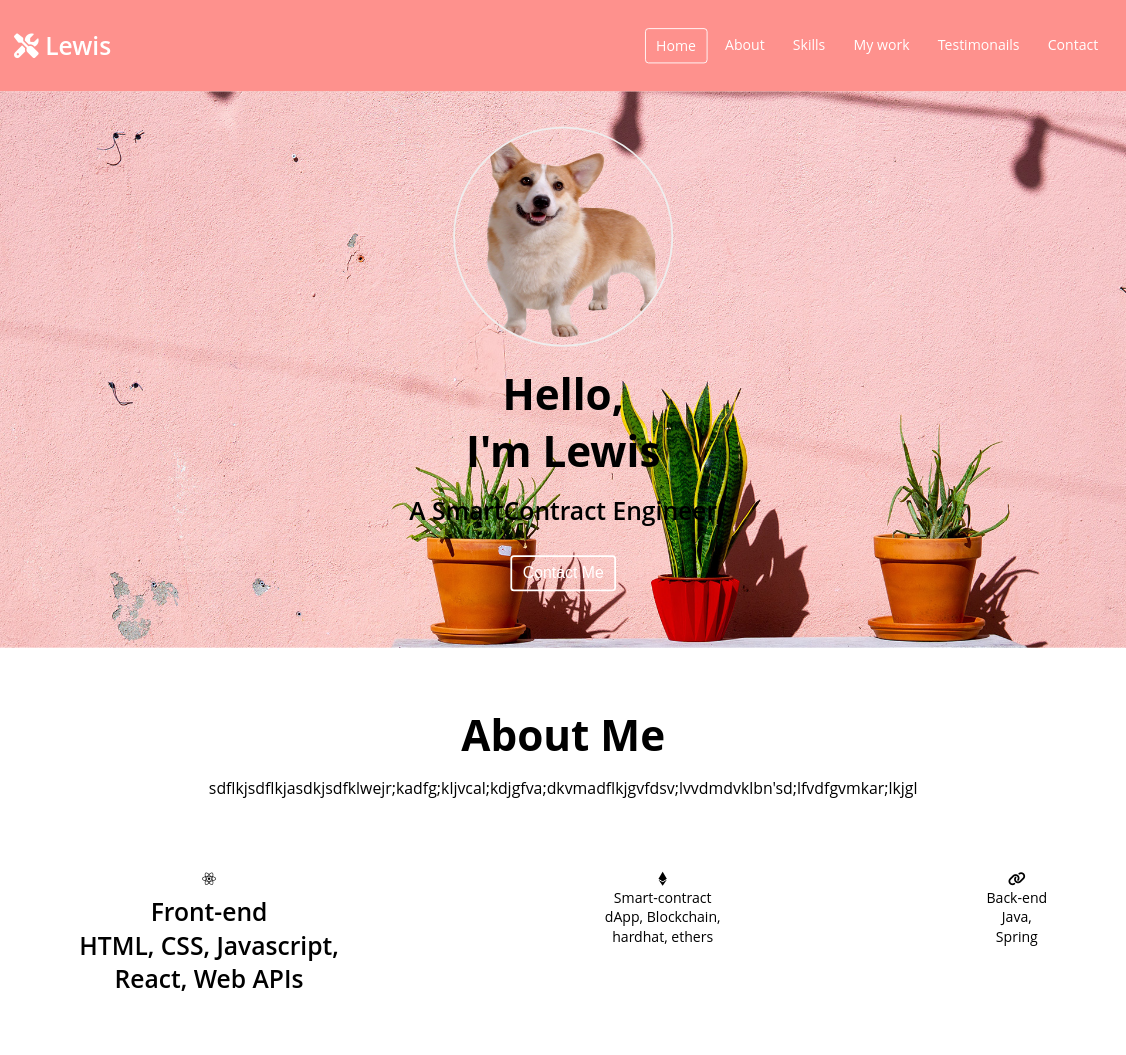
Repository: woojinShim/woojinShim.github.io
Page: index.html
The author's editor kept a copy of each file at every save. The page is drawn from the files as they stood at one save, then again after the next save.
The browser window is 1280 px wide. The pictures show the part of the page from y = 0 to 1199 px (the page is 7194 px tall), at 88% of full size.
A picture or video elsewhere on the page could not be fetched, so the positions and the page height are approximate. Some web libraries are served in a nearby version.

Above is the page before, as saved 2022-03-08 19:04:48.

### index.html
<!DOCTYPE html>
<html lang="en">
<head>
    <meta charset="UTF-8">
    <meta http-equiv="X-UA-Compatible" content="IE=edge">
    <meta name="viewport" content="width=device-width, initial-scale=1.0">
    <title>Document</title>
    <script
      src="https://kit.fontawesome.com/9eb162ac0d.js"
      crossorigin="anonymous"
    ></script>
    <style>
        @import url('https://fonts.googleapis.com/css2?family=Noto+Sans+KR:wght@100;400;700&display=swap');
        </style>
    <link rel="icon" type="image/png" href="img/favicon.png" />
    <link rel="stylesheet" href="style.css">
    <script scr="main.js"></script>
</head>
<body>
    <!-- Navbar -->
    <nav id="navbar">
        <div class="navbar__logo">
            <i class="fas fa-tools"></i>
            <a href="#">Lewis</a>
        </div>
        <ul class="navbar__menu">
            <li class="navbar__menu__item active">Home</li>
            <li class="navbar__menu__item">About</li>
            <li class="navbar__menu__item">Skills</li>
            <li class="navbar__menu__item">My work</li>
            <li class="navbar__menu__item">Testimonails</li>
            <li class="navbar__menu__item">Contact</li>
        </ul>
    </nav>
    <!-- Home -->
    <section id="home">
        <img src="img/puppy.png" alt="Lewis's photo" class="home__avator">
        <h1 class="home__title">Hello, <br/>I'm Lewis</h1>
        <h2 class="home__descrition">A SmartContract Engineer</h2>
        <button class="home__contact">Contact Me</button>
    </section>
    <!-- About -->
    <section id="about" class="section">
        <h1>About Me</h1>
        <p>sdflkjsdflkjasdkjsdfklwejr;kadfg;kljvcal;kdjgfva;dkvmadflkjgvfdsv;lvvdmdvklbn'sd;lfvdfgvmkar;lkjgl</p>
        <div class="about__majors">
            <div class="major">
                <div class="major__icon"><i class="fab fa-react"></i></div>
                <h2 class="major__title">Front-end</>
                <div class="major__description">HTML, CSS, Javascript,
                    <br /> React, Web APIs
                </div>
            </div>
            <div class="major">
                <div class="major__icon"><i class="fab fa-ethereum"></i></div>
                <div class="major__title">Smart-contract</div>
                <div class="major__description">dApp, Blockchain,
                    <br /> hardhat, ethers
                </div>
            </div>
            <div class="major">
                <div class="major__icon"><i class="fas fa-link"></i></i></div>
                <div class="major__title">Back-end</div>
                <div class="major__description">Java,
                    <br /> Spring
                </div>
            </div>
        </div>





        <div class="about__jobs">
            <div class="job">
                <img src="img/puupy.png" alt="puupy">
            </div>
            <div class="job"></div>
        </div>
    </section>
    <!-- Skills -->
    <section id="skills" class="section">
        <h1>Skills</h1>
        <h2>skills $ Attribute</h2>
        <p>
            sdjsfdldsfjsdffvmslkjdfgksjdsdsdvkkfghalkvsdlaskkjrsdjlkdskflksjdlja
            sdfkdfvlskvglkkcjkdjckwebkosdkvlkwekelkfsdjlkldfkskdfg
            sdlkbdflnsldkfgkfsdfkdksvj
        </p>
        <div class="skillset">
            <div class="skillset__left">
                <h3 class="skillset__title">Skills</h3>
                <div class="skills">
                    <div class="skill_description">
                        <span>HTML</span>
                        <span>99%</span>
                    </div>
                    <div class="skill_description">
                        <span>CSS</span>
                        <span>90%</span>
                    </div>
                    <div class="skill_description">
                        <span>JavaScript</span>
                        <span>94%</span>
                    </div>
                    <div class="skill_description">
                        <span>Solidity</span>
                        <span>93%</span>
                    </div>
                    <div class="skill_description">
                        <span>Java</span>
                        <span>90%</span>
                    </div>

                </div>
            </div>
            <div class="skillset__right">
                <div class="tools">
                    <h3 class="skillset__title">Tools</h3>
                    <ul class="tools__list">
                        <li class="span">Visual Studio Code</li>
                        <li class="span">IntelliJ</li>
                        <li class="span">Slack</li>
                        <li class="span">Notion</li>
                        <li class="span">Photoshop</li>
                    </ul>
                </div>
                <div class="etc">
                    <h3 class="skillset__title">Etc</h3>
                    <ul class="etc__list">
                        <li><span>Git</span></li>
                        <li><span>Math</span></li>
                        <li><span>Design</span></li>
                    </ul>
                </div>
            </div>
        </div>
    </section>
    <!-- Work -->
    <section id="work" class="section">
        <h1>My Work</h1>
        <h3>Projects</h3>
        <div class="work__catagories">
            <button class="catagory__btn">All<span class="category__count">3</span></button>
            <button class="catagory__btn">Front-end<span class="category__count">6</span></button>
            <button class="catagory__btn">Back-end<span class="category__count">5</span></button>
            <button class="catagory__btn">Blockchain<span class="category__count">7</span></button>
        </div>

        <div class="work__projects">
            <a href="https://naver.com" class="project" target="blank">
                <img class="project__img" src="img/jin.png" alt="YouTube" />
                <div class="project__description">
                    <h3>Naver Site</h3>
                    <span>Clone Naver</span>
                </div>
            </a>
        </div>
        <div class="work__projects">
            <a href="https://naver.com" class="project" target="blank">
                <img class="project__img" src="img/jin.png" alt="YouTube" />
                <div class="project__description">
                    <h3>Naver Site</h3>
                    <span>Clone Naver</span>
                </div>
            </a>
        </div>
        <div class="work__projects">
            <a href="https://naver.com" class="project" target="blank">
                <img class="project__img" src="img/le.png" alt="YouTube" />
                <div class="project__description">
                    <h3>Naver Site</h3>
                    <span>Clone Naver</span>
                </div>
            </a>
        </div>
        <div class="work__projects">
            <a href="https://naver.com" class="project" target="blank">
                <img class="project__img" src="img/shim.png" alt="YouTube" />
                <div class="project__description">
                    <h3>Naver Site</h3>
                    <span>Clone Naver</span>
                </div>
            </a>
        </div>
        <div class="work__projects">
            <a href="https://naver.com" class="project" target="blank">
                <img class="project__img" src="img/yes.jfif" alt="YouTube" />
                <div class="project__description">
                    <h3>Naver Site</h3>
                    <span>Clone Naver</span>
                </div>
            </a>
        </div>
        <div class="work__projects">
            <a href="https://naver.com" class="project" target="blank">
                <img class="project__img" src="img/woo.png" alt="YouTube" />
                <div class="project__description">
                    <h3>Naver Site</h3>
                    <span>Clone Naver</span>
                </div>
            </a>
        </div>
    </section>
    <!-- testimonails -->
    <section id="testimonials" class="section">
        <h1>Testimonials</h1>
        <h3>See what they say about me</h3>
        <div class="testimonials">
            <div class="testimonial">
                <img src="img/man.jpg" alt="" class="testimonial__avator">
                <div class="testimonial__speech-bubble">
                    <p>
                        sdvkdfdfmvkdlkjtkfknsvkdnfgckvdkvkjvbdfgkkjsdkvjskjcvrngksdmcsdkck
                    </p>
                    <p class="name"><a href="">Lewis</a></p>
                </div>
            </div>
            <div class="testimonial">
                <img src="img/man.jpg" alt="" class="testimonial__avator">
                <div class="testimonial__speech-bubble">
                    <p>
                        sdvkdfdfmvkdlkjtkfknsvkdnfgckvdkvkjvbdfgkkjsdkvjskjcvrngksdmcsdkck
                    </p>
                    <p class="name"><a href="">Lewis</a></p>
                </div>
            </div>
        </div>
    </section>
    <!-- contact -->
    <section id="contact" class="section">
        <h1 class="contact__title">Let's talk</h1>
        <h2 class="contact__email">dream.coder@gmail.com</h2>
        <div class="contact__links">
            <a href="http://google.com" target="blank">
                <i class="fa-brands fa-github"></i>
            </a>
            <a href="http://google.com" target="blank">
                <i class="fa-brands fa-linkedin"></i>
            </a>
        </div>
        <p class="contact__rights">Dream coming - All Right Reserved.</p>
    </section>

</body>
</html>

### style.css
:root {
  /* Color */
  --color-white: #ffffff;
  --color-light-white: #eeeeee;
  --color-dark-white: #bdbdbd;
  --color-pink: #fe918d;
  --color-dark-pink: #ff6863;
  --color-black: #4d4d4d;
  --color-dark-grey: #4d4d4d;
  --color-grey: #616161;
  --color-light-grey: #7c7979;
  --color-blue: #73aace;
  --color-yellow: #fff7d1;
  --color-orange: #feb546;
  --color-black: #000000;

  /* Font size */
  --font-large: 48px;
  --font-medium: 28px;
  --font-regular: 18px;
  --font-small: 16px;
  --font-micro: 14px;

  /* Font weight */
  --weight-bold: 700;
  --weight-semi-bold: 600;
  --weight-regular: 400;

  /* Size */
  --size-border-radius: 4px;

  /* Annimation */
  --animation-duration: 300ms;
}

/* Universal tags */
* {
  box-sizing: border-box;
}

body {
  font-family: "Open Sans", sans-serif;
  margin: 0;
  cursor: default;
}

a {
  text-decoration: none;
  color: var(--color-white);
}

ul {
  list-style: none;
  padding-left: 0;
}

li {
  list-style: none;
}

button {
  background-color: transparent;
  cursor: pointer;
  border: none;
  outline: none;
}

/* Typography */
h1 {
  font-size: var(--font-large);
  font-weight: var(--weight-bold);
  color: var(--color-black);
  margin: 16px 0px;
}

h2 {
  font-size: var(--font-medium);
  font-weight: var(--weight-semi-bold);
  color: var(--color-black);
  margin: 8px 0;
}

h3 {
  font-size: var(--font-regular);
  font-weight: var(--font-regular);
  color: var(--color-black);
  margin: 8px 0;
}

p {
  font-size: var(--font-regular);
  font-weight: var(--font-regular);
  color: var(--color-black);
  margin: 4px 0;
}

/* Navbar */
#navbar {
  display: flex;
  justify-content: space-between;
  align-items: center;
  padding: 16px;
  background-color: var(--color-pink);
}

.navbar__logo {
  font-size: var(--font-medium);
  font-weight: var(--weight-semi-bold);
  color: white;
}

.navbar__menu {
  display: flex;
}

.navbar__menu__item {
  padding: 8px 12px;
  margin: 0 4px;
  color: var(--color-white);
  cursor: pointer;
  border-radius: var(--size-border-radius);
}

.navbar__menu__item.active {
  border: 1px solid var(--color-white);
}

.navbar__menu__item:hover {
  background-color: var(--color-dark-pink);
  border-radius: 4px;
}

/* Home */
#home {
  background: url("img/Level.jpg") center/cover no-repeat;
  padding: 40px;
  text-align: center;
}

.home__avator {
  width: 250px;
  height: 250px;
  border-radius: 50%;
  border: 2px solid var(--color-light-white);
}

.home__contact {
  color: var(--color-white);
  font-size: var(--font-regular);
  font-weight: var(--weight-regular);
  margin: 24px;
  padding: 8px 12px;
  border: 2px solid var(--color-white);
  border-radius: var(--size-border-radius);
}

/* Section common */
.section {
  padding: 50px;
  text-align: center;
  max-width: 1200px;
  margin: auto;
}

.about__majors {
  display: flex;
  justify-content: space-between;
  margin: 80px 0;
}

After the next save:
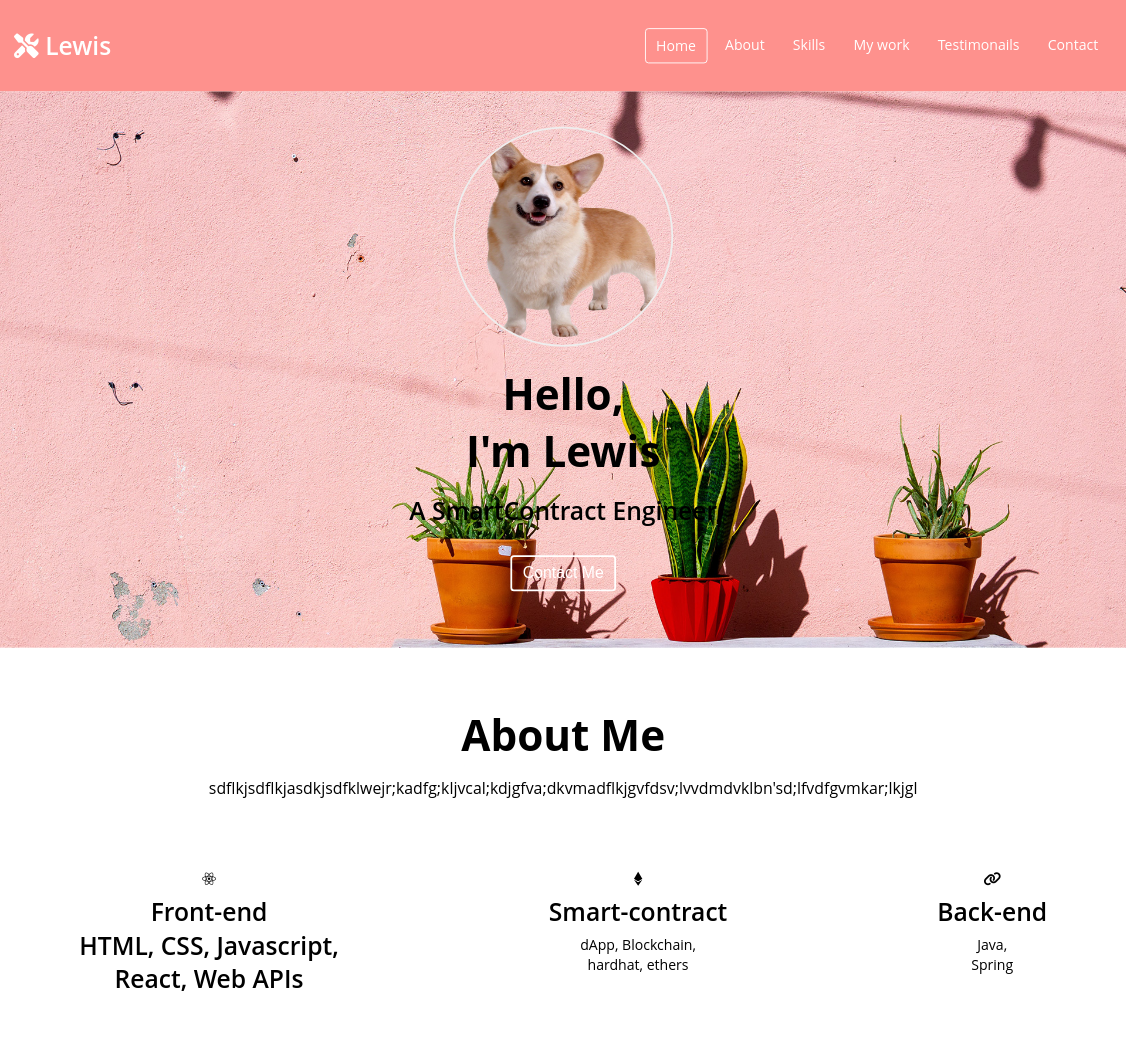
Saved 31 s later.
--- a/index.html
+++ b/index.html
@@ -53,14 +53,14 @@
             </div>
             <div class="major">
                 <div class="major__icon"><i class="fab fa-ethereum"></i></div>
-                <div class="major__title">Smart-contract</div>
+                <h2 class="major__title">Smart-contract</h2>
                 <div class="major__description">dApp, Blockchain,
                     <br /> hardhat, ethers
                 </div>
             </div>
             <div class="major">
                 <div class="major__icon"><i class="fas fa-link"></i></i></div>
-                <div class="major__title">Back-end</div>
+                <h2 class="major__title">Back-end</h2>
                 <div class="major__description">Java,
                     <br /> Spring
                 </div>
